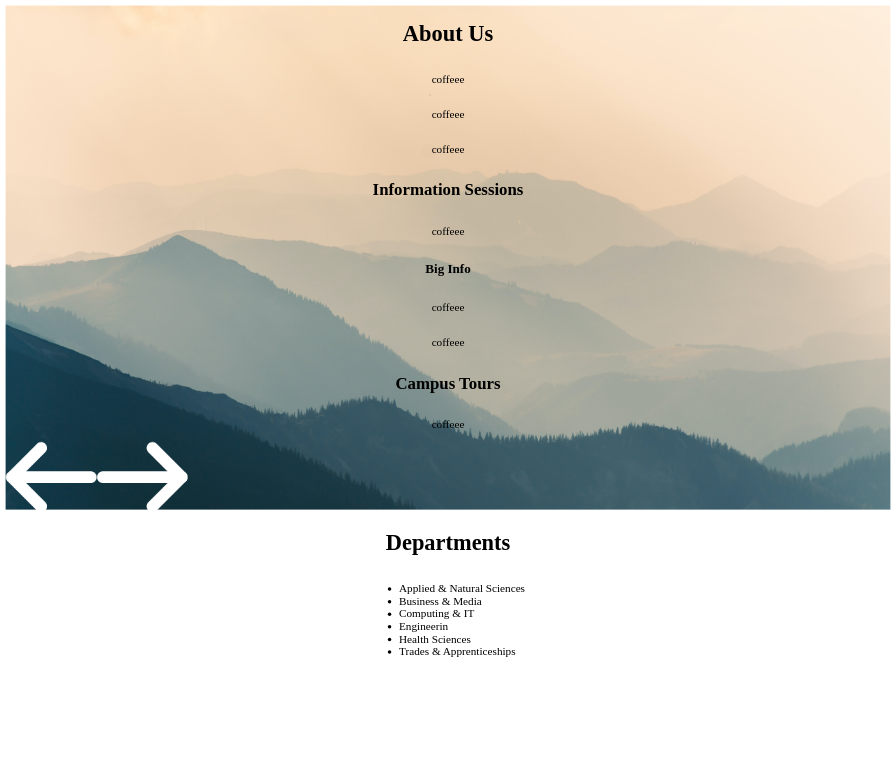
Repository: sierralaurent/MDIA2109-Assignment01
Page: /about
The author's editor kept a copy of each file at every save. The page is drawn from the files as they stood at one save, then again after the next save.
The browser window is 1280 px wide. The pictures show the part of the page from y = 0 to 1920 px (the page is 1090 px tall before and 3112 px after), at 70% of full size.
The project was rebuilt for these pictures with package versions that can differ from the ones it lists, and the page was loaded fresh each time. The framework's server and built-in components were replaced by stand-ins that run in the browser. Also part of the build but not shown: next.config.js.

Above is the page before, as saved 2023-02-02 18:40:59.

### pages/about.js
import Head from 'next/head'
import Image from 'next/image'
import { Inter } from '@next/font/google'
import styles from '@/styles/Home.module.css'
import Link from 'next/link'

export default function About() {
    return (
        <>
        <Head>
        <title>About Us</title>
        <meta name="author" content="MDIA 2109" />
        <meta property="og:title" content="Assignment #1 - About Us Page" />
        <meta property="og:description" content="BCIT Digital Design and Development Diploma" />
        <link rel="icon" href="/favicon.png" />
      </Head>
      <main className={styles.main}>
        <div className={styles.About}>
        <h1>About Us</h1>
        <p>coffeee</p>
        <p>coffeee</p>
        <p>coffeee</p>
        <h2>Information Sessions</h2>
        <p>coffeee</p>
        <h3>Big Info</h3>
        <p>coffeee</p>
        <p>coffeee</p>
        <h2>Campus Tours</h2>
        <p>coffeee</p>
        </div>

        <div className="carouselImage">
        <img src="/icons/leftArrow.png" alt="leftArrow"></img>
        <img src="/icons/rightArrow.png" alt="rightArrow"></img>
        <div className={styles.About}>
        <h1>Departments</h1>
        <ul>
            <li>Applied & Natural Sciences</li>
            <li>Business & Media</li>
            <li>Computing & IT</li>
            <li>Engineerin</li>
            <li>Health Sciences</li>
            <li>Trades & Apprenticeships</li>
        </ul>
        </div>
        </div>
        <div>
            <a href="/contact">
              <span>
              <img
                src="icons/upwardArrow.png"
                />
                <img
                src="icons/downwardArrow.png"
                />
              </span>
            </a>
          </div>
      </main>
        </>

    )
  }

### styles/Home.module.css
.carouselImage {
  height: 200px;
  background-repeat: no-repeat;
  background-size: cover;
  display: flex;
  justify-content: center;
  align-items: center;
  margin: 40px 0px;
}
.main {
  background-image: url('../public/background-images/backgroundMountain.jpg');
  background-size: cover;
  height: 100vh;
  position: relative;
}

.About {
  display: flex;
  flex-direction: column;
  align-items: center;
  text-align: left;

}

.header {
  position: absolute;
  top: 15%;
  right: 45%;
}

.header h1 {
  font-size: 50px;
}

.intro {
  position: absolute;

}

.inputs {
  position: absolute;
  right: 50%;
  top: 50%;
  border: 3px solid white;
}

.field {
  position: relative;
  height: 40%;
  width: 40%;
  top: 30%;
  left: 30%;
  align-items: center;
}

.middle2 {
  border: 3px solid gray;
  position: relative;
  top: 40%;
  height: 40%;
  width: 100%;
}

.field p {
  font-size: 25px;
  position: absolute;
  top: 10%;
  left: 30%;
}

.buttons {
  position: absolute;
  bottom: 6rem;
  left: 1rem;

}
.butt {
  border: 3px solid white;
  border-radius: 8%;
  background-color: transparent;
  width: 10vw;
  height: 2.5vh;
  max-width: 15vw;
  max-height: 5vh;
  font-size: 1.25vh;

}

.butt:hover {
  background-color: white;
  color: black;
}

.intro h1 {
  font-size: 50px;
  padding: 2%;
}
.p {
  font-size: 22px;
  padding: 2%;
}

.middle {
  position: absolute;
  height: 40vh;
  width: 40vw;
  max-width: 40vw;
  max-height: 40vh;
  top: 30rem;
  left: 20rem;
}

.icon1 {
  width: 5vw;
  height: 5vh;
  float: left;
}

.icon2 {
  width: 5vw;
  height: 5vh;
  float: right;
}

.icon3 {
  width: 5vw;
  height: 5vh;
  float: right;
}

.bottom {
  position: absolute;
  bottom: 10rem;
  right: 5rem;
}

.nav {
  padding: 4%;
}

Loaded but not shown: pages/_document.js (common file); pages/api/hello.js (common file)

After the next save:
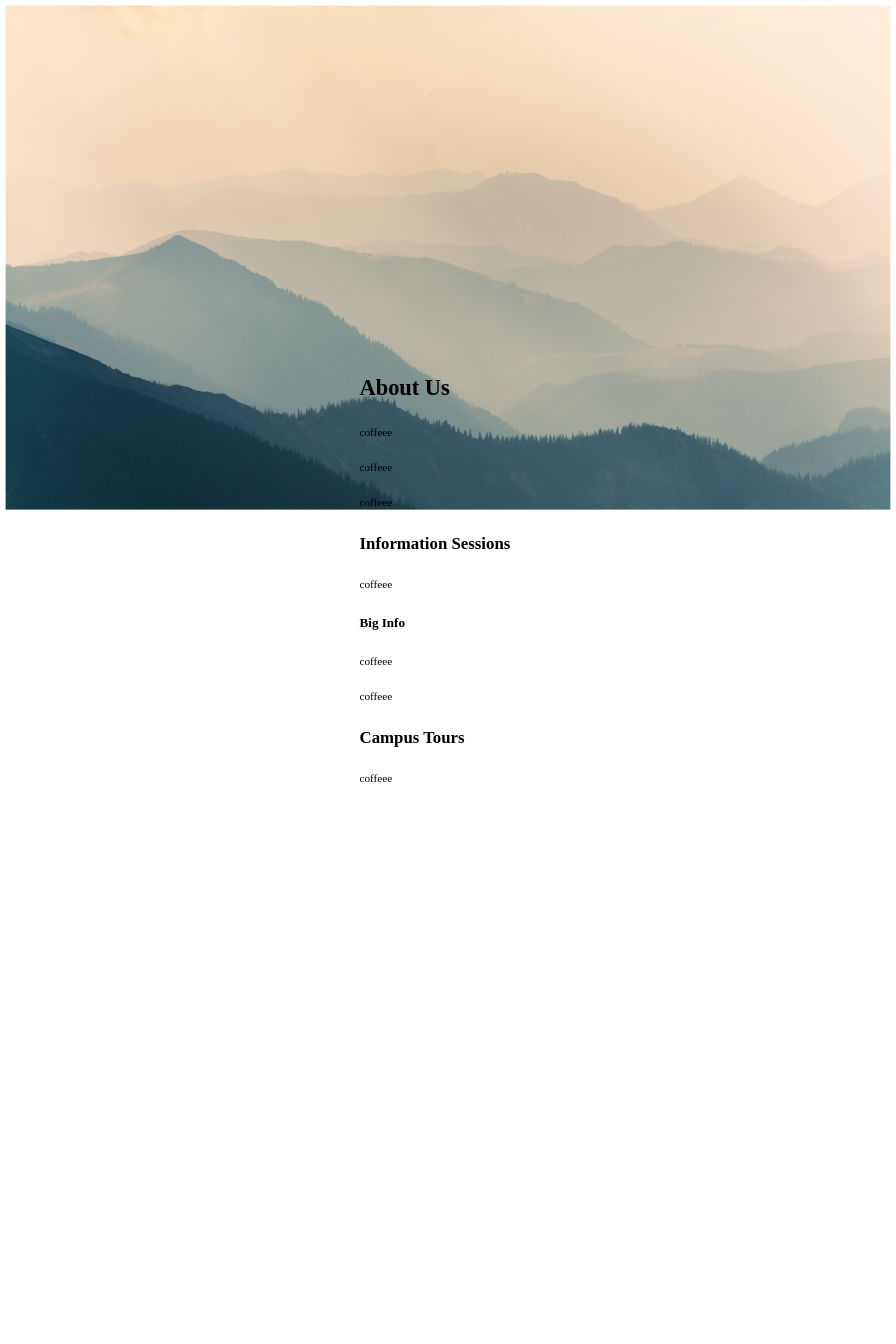
Saved 28 s later.
--- a/styles/Home.module.css
+++ b/styles/Home.module.css
@@ -17,8 +17,7 @@
 .About {
   display: flex;
   flex-direction: column;
-  align-items: center;
-  text-align: left;
+  padding: 40%;
 
 }
 
